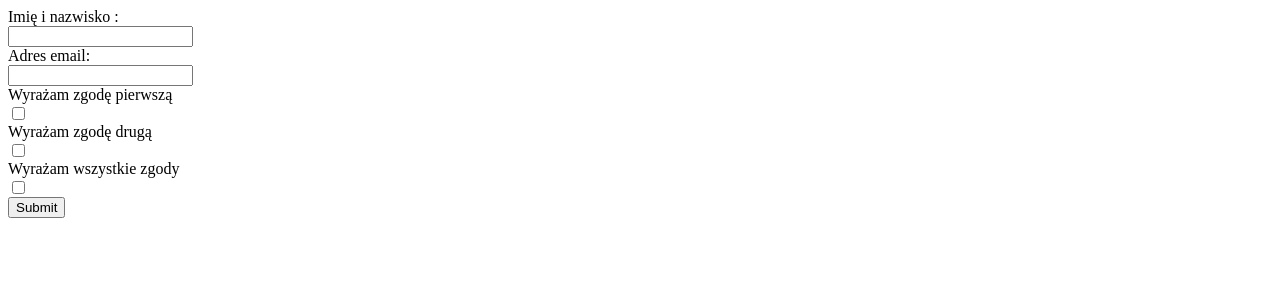
Repository: magdaf41/JavaScript
Page: JS DOM zadanie_5/index.html
These files come from the project's save history. The page is drawn as it stood at one moment and after the next save; the edit follows.
The browser window is 1280 px wide. The pictures show the whole page.

Above is the page before, as saved 2020-09-06 15:53:42.

After the next save:
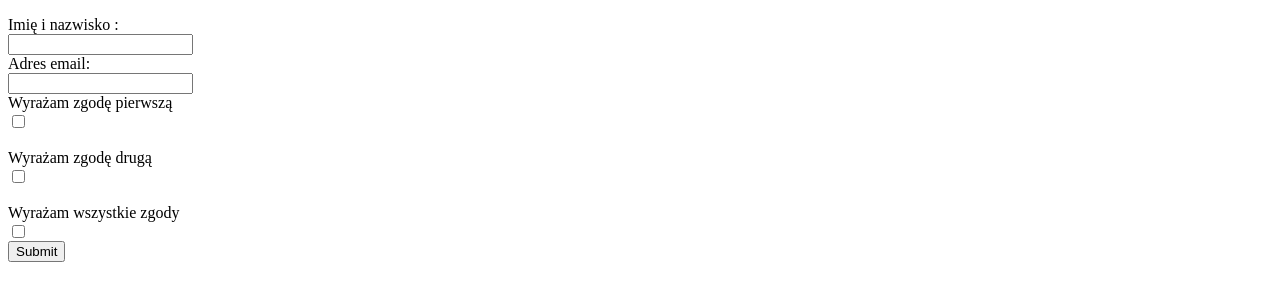
Console error: TypeError: Cannot read properties of null (reading 'addEventListener')
Saved 2 min 30 s later.
--- a/JS DOM zadanie_5/index.html
+++ b/JS DOM zadanie_5/index.html
@@ -9,12 +9,14 @@
 </head>
 
 <body>
-    <form id="form" action="">
+    <form id="newsletter-form" action="">
+
+        <ul class="errors"></ul>
         <label>Imię  i nazwisko : <input type="text" name="name" value=""></label>
         <label>Adres email: <input type="text" name="email" id="email"> </label>
 
-        <label>Wyrażam zgodę pierwszą<input type="checkbox" name="accept_1" id="accept"></label>
-        <label>Wyrażam zgodę drugą<input type="checkbox" name="accept_2" id="accept"></label>
+        <label>Wyrażam zgodę pierwszą<input type="checkbox" name="accept_1" id="accept"></label><br>
+        <label>Wyrażam zgodę drugą<input type="checkbox" name="accept_2" id="accept"></label><br>
         <label>Wyrażam wszystkie zgody<input type="checkbox" name="allAccept" id="allAccept"></label>
         <input id="submit" type="submit" value="Submit">
     </form>
